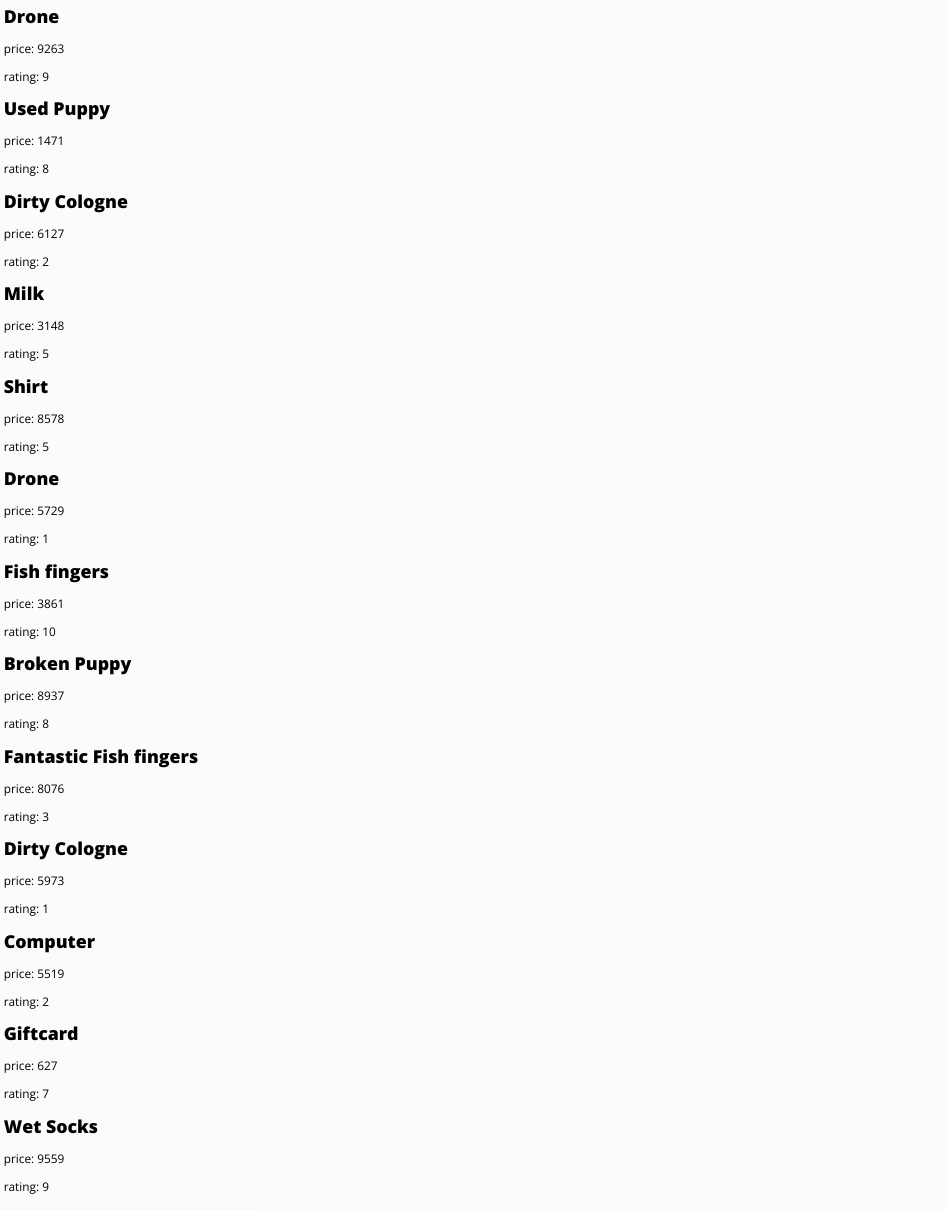
Repository: andrii1/hyf-homework
Page: javascript/javascript2/week1/hyf-bay/index.html
These files come from the project's save history. The page is drawn as it stood at one moment and after the next save; the edit follows.
The browser window is 1280 px wide. The pictures show the whole page, at 74% of full size.

Above is the page before, as saved 2022-06-25 16:15:25.

### javascript/javascript2/week1/hyf-bay/index.html
<head>
  <title>HyfBay</title>
  <meta name="viewport" content="width=device-width, initial-scale=1" />
  <link rel="stylesheet" type="text/css" href="main.css" />
  <link href="https://fonts.googleapis.com/css?family=Open+Sans:400,800" rel="stylesheet" />
</head>

<body>
  <main>
    <ul id="list"></ul>
  </main>
  <script src="hyfBayHelpers.js"></script>
  <script src="main.js"></script>
</body>

### javascript/javascript2/week1/hyf-bay/main.css
body {
    font-family: "Open Sans", sans-serif;
    background-color: #F9FBFD;
}

* {
    box-sizing: border-box;
}

body, h1, h2 {
    margin: 0;
}

ul {
    list-style-type: none;
    margin: 0;
    padding: 5;
}

### javascript/javascript2/week1/hyf-bay/hyfBayHelpers.js
/* DONT MODIFY ANY OF THIS CODE!!!*/

window.getAvailableProducts = function () {
  function getRandomInt(min, max) {
    min = Math.ceil(min);
    max = Math.floor(max);
    return Math.floor(Math.random() * (max - min + 1)) + min;
  }

  function getRandomItem(availableProductNames) {
    return availableProductNames[
      getRandomInt(0, availableProductNames.length - 1)
    ];
  }

  function getRandomProductname() {
    const preWords = [
      "Used",
      "Fantastic",
      '"Used"',
      "Broken",
      "Beautiful",
      "Wet",
      "Green",
      "Sloppy",
      "Dirty",
    ];
    const productNames = [
      "Carrot",
      "Drone",
      "Giftcard",
      "Puppy",
      "Car",
      "Shirt",
      "Milk",
      "Chalk",
      "Fish fingers",
      "Socks",
      "Chocolate",
      "Toothbrush",
      "Computer",
      "Nokia",
      "Cologne",
    ];

    let chosenProductName = getRandomItem(productNames);
    const shouldHavePreWord = getRandomInt(0, 10) > 6;

    if (shouldHavePreWord) {
      const preWord = preWords[getRandomInt(0, preWords.length - 1)];
      chosenProductName = `${preWord} ${chosenProductName}`;
    }

    return chosenProductName;
  }

  const numberOfAvailableProducts = getRandomInt(0, 30);
  const availableProducts = Array.apply(
    null,
    Array(numberOfAvailableProducts)
  ).map(() => {
    const name = getRandomProductname();
    return {
      id: `${name}${getRandomInt(0, 100000)}`,
      name,
      price: getRandomInt(0, 10000),
      rating: getRandomInt(1, 10),
    };
  });

  return availableProducts;
};

### javascript/javascript2/week1/hyf-bay/main.js
console.log("Script loaded");

const products = getAvailableProducts();
console.log(products);
const list = document.querySelector("#list");

function renderProducts(products) {
  // your code here
  for (let i = 0; i < products.length; i++) {
    const listItem = document.createElement("li");
    const name = document.createElement("h2");
    const price = document.createElement("p");
    const rating = document.createElement("p");
    name.innerHTML = products[i].name;
    price.innerHTML = `price: ${products[i].price}`;
    rating.innerHTML = `rating: ${products[i].rating}`;
    list.appendChild(listItem);
    list.appendChild(name);
    list.appendChild(price);
    list.appendChild(rating);
  }
}

renderProducts(products); // This should create the ul and the li's with the individual products details

After the next save:
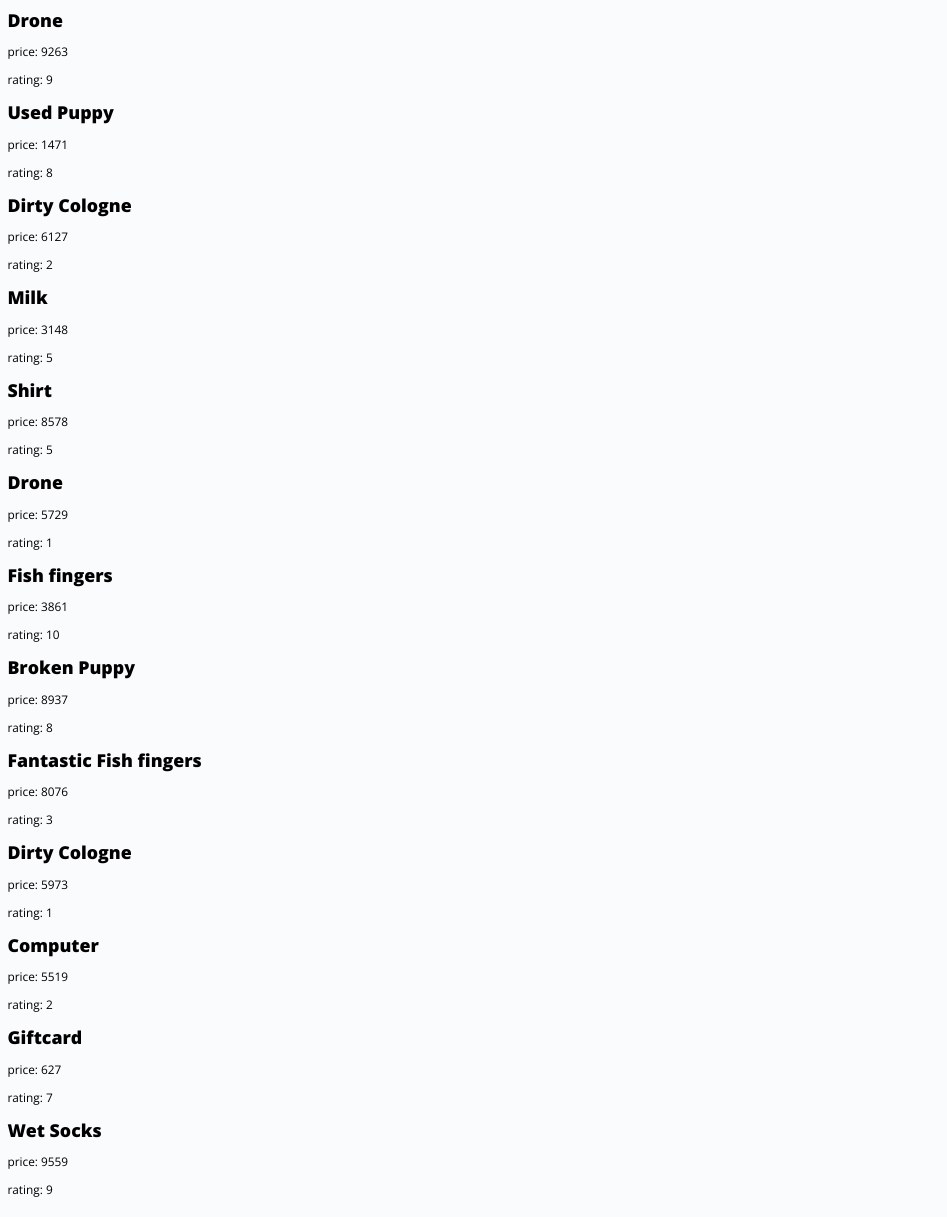
Saved 1 s later.
--- a/javascript/javascript2/week1/hyf-bay/main.css
+++ b/javascript/javascript2/week1/hyf-bay/main.css
@@ -14,5 +14,5 @@ body, h1, h2 {
 ul {
     list-style-type: none;
     margin: 0;
-    padding: 5;
+    padding: 10;
 }
